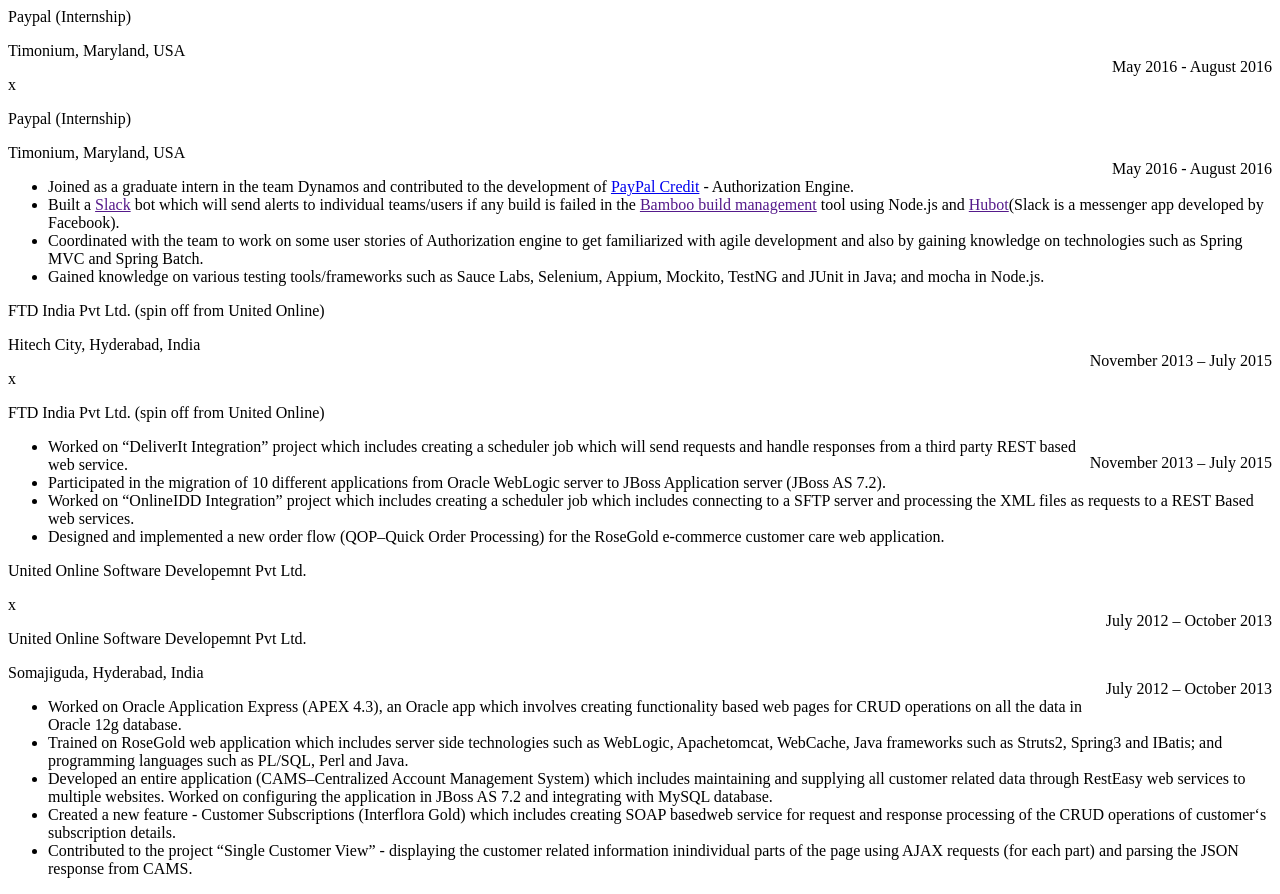
Repository: phanindrakannaji/Resume
Page: http://localhost/application/pages/experience.php
The author's editor kept a copy of each file at every save. The page is drawn from the files as they stood at one save, then again after the next save.
The browser window is 1280 px wide. The pictures show the whole page.
The page is run by PHP 8.4 with error messages shown; the project is at /var/www/html/.

Above is the page before, as saved 2016-09-25 17:04:07.
Console error: ReferenceError: $ is not defined

After the next save:
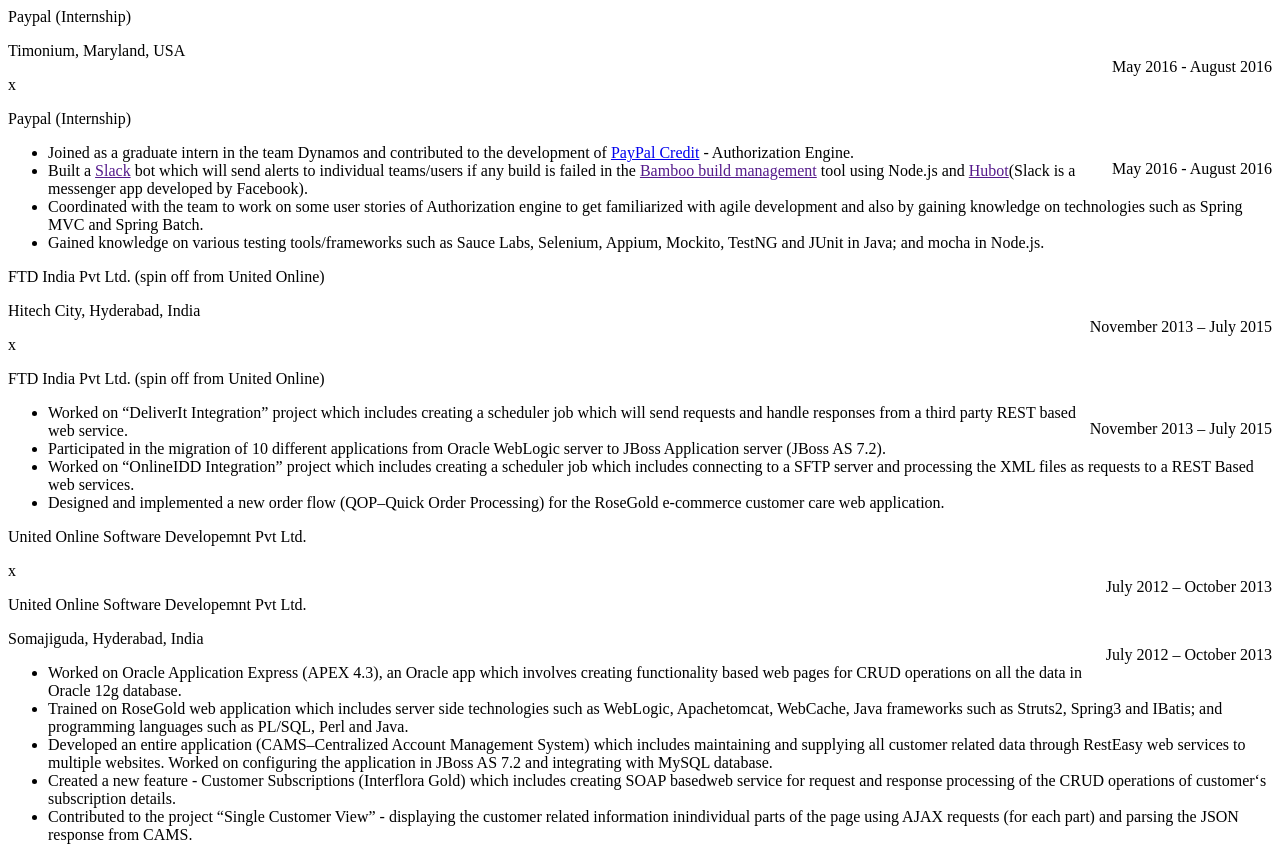
Saved 6 s later.
--- a/Resume/application/pages/experience.php
+++ b/Resume/application/pages/experience.php
@@ -14,8 +14,6 @@
 			<p class="expHeading">Paypal (Internship)</p>
 			<p class="expHeadingContent" style="float: right;">May 2016 - August
 				2016</p>
-			<p class="expHeadingContent divExperiencelocation ">Timonium,
-				Maryland, USA</p>
 			<ul>
 				<li>Joined as a graduate intern in the team Dynamos and contributed
 					to the development of <a
